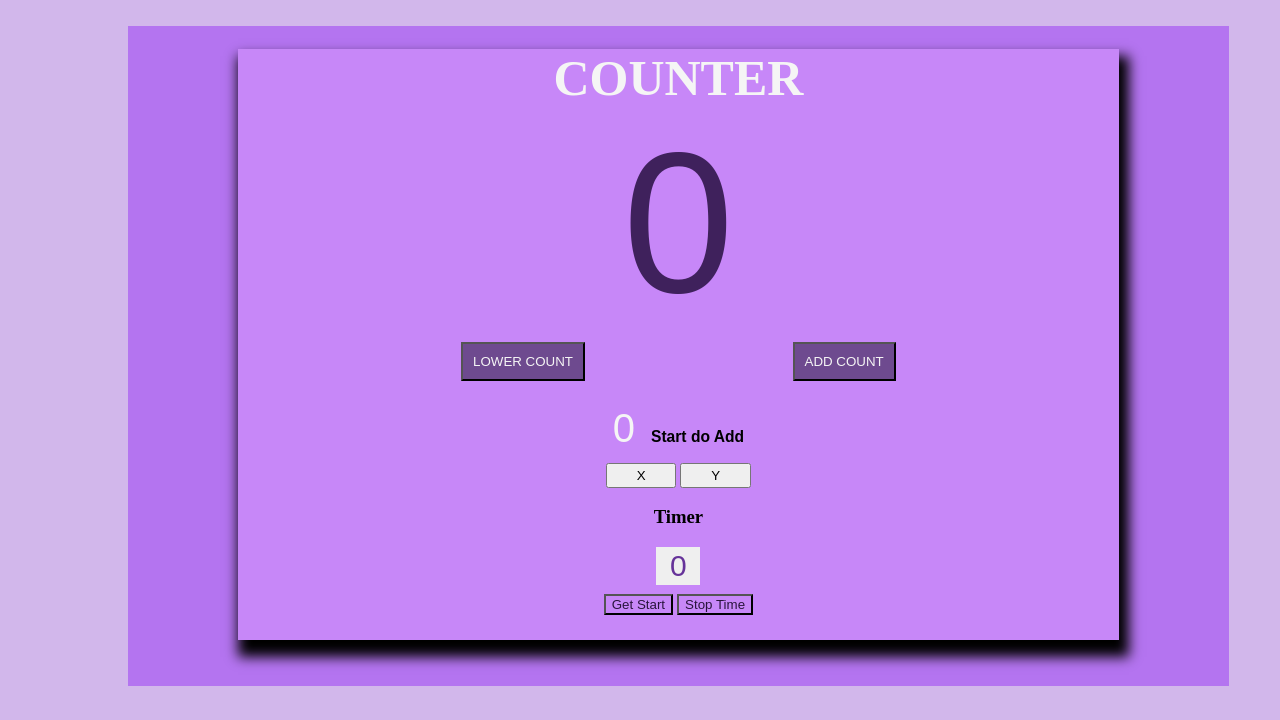
Repository: AnahitKhechumyan/Counter
Page: index.html
The author's editor kept a copy of each file at every save. The page is drawn from the files as they stood at one save, then again after the next save.
The browser window is 1280 px wide. The pictures show the whole page.

Above is the page before, as saved 2022-02-15 00:36:13.

After the next save:
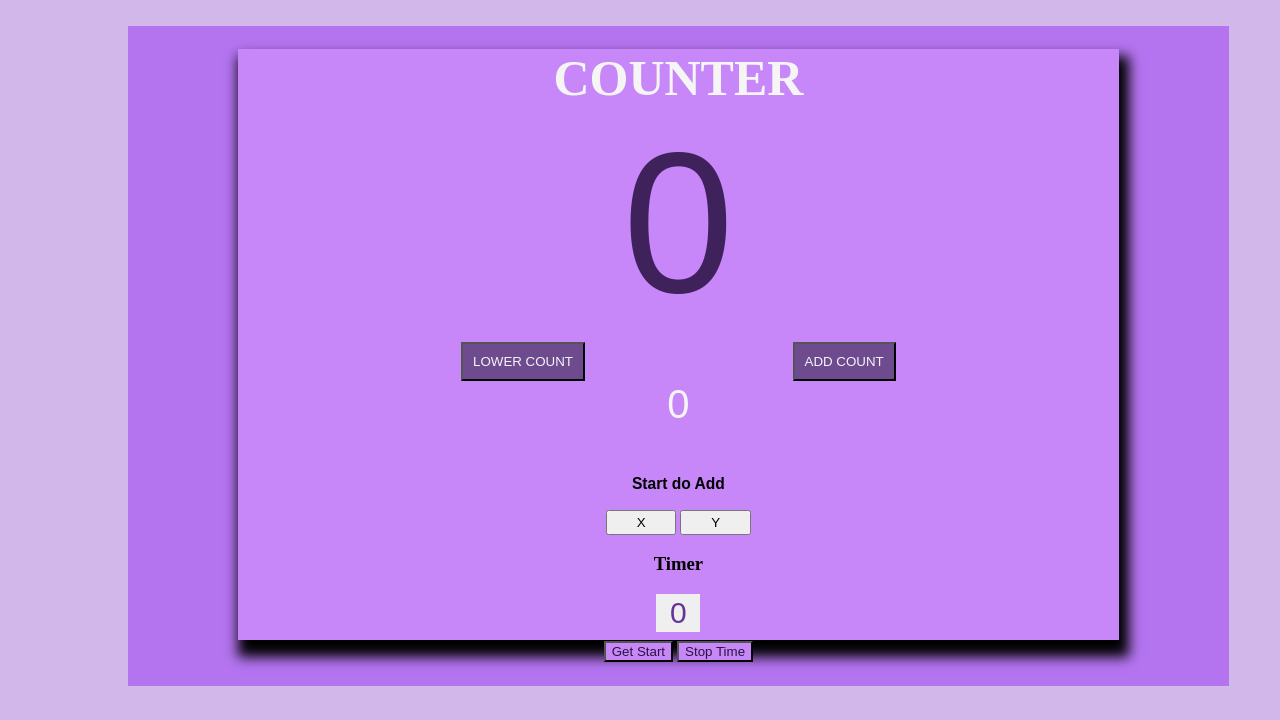
Saved 68 s later.
--- a/index.html
+++ b/index.html
@@ -16,7 +16,7 @@
                  <button class ="decrement" type="button">LOWER COUNT</button>
                  <button class ="increment" type="button">ADD COUNT</button>
             </div>
-            <button class= "sum">0</button>
+            <button class= "sum">0</button> <br>
             <button class= "add" type="button"><h3>Start do Add</h3></button>
             <div >
                 <button class ="firstInput">X</button>
